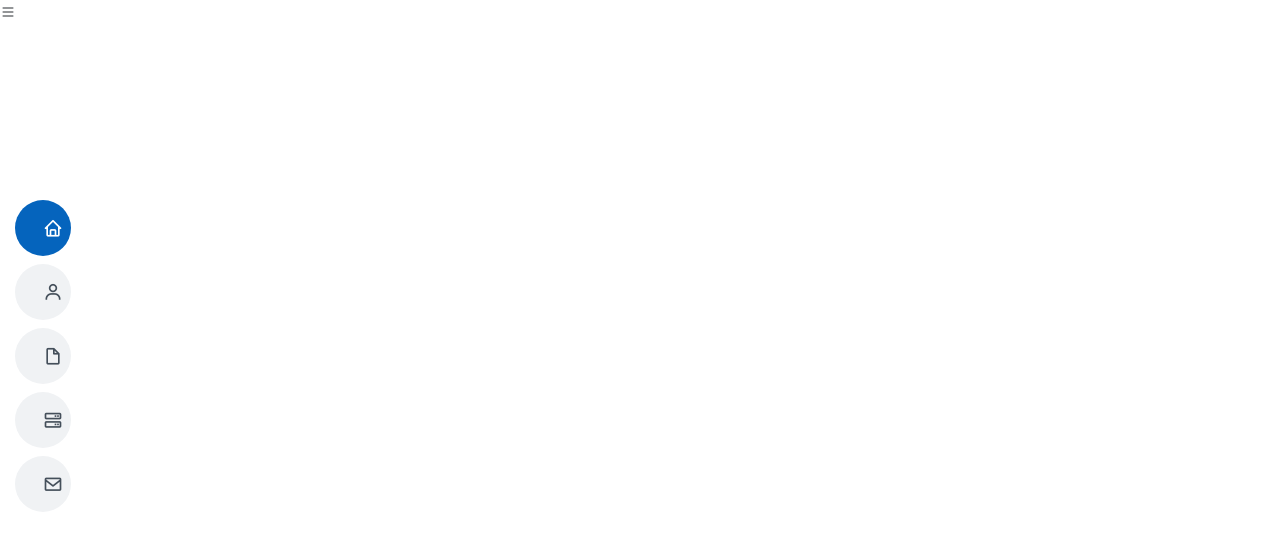
Repository: khainguyen2003/bootstrapmade
Page: header/verticalHeader/index.html
The author's editor kept a copy of each file at every save. The page is drawn from the files as they stood at one save, then again after the next save.
The browser window is 1280 px wide. The pictures show the whole page.

Above is the page before, as saved 2023-01-09 23:57:58.

After the next save:
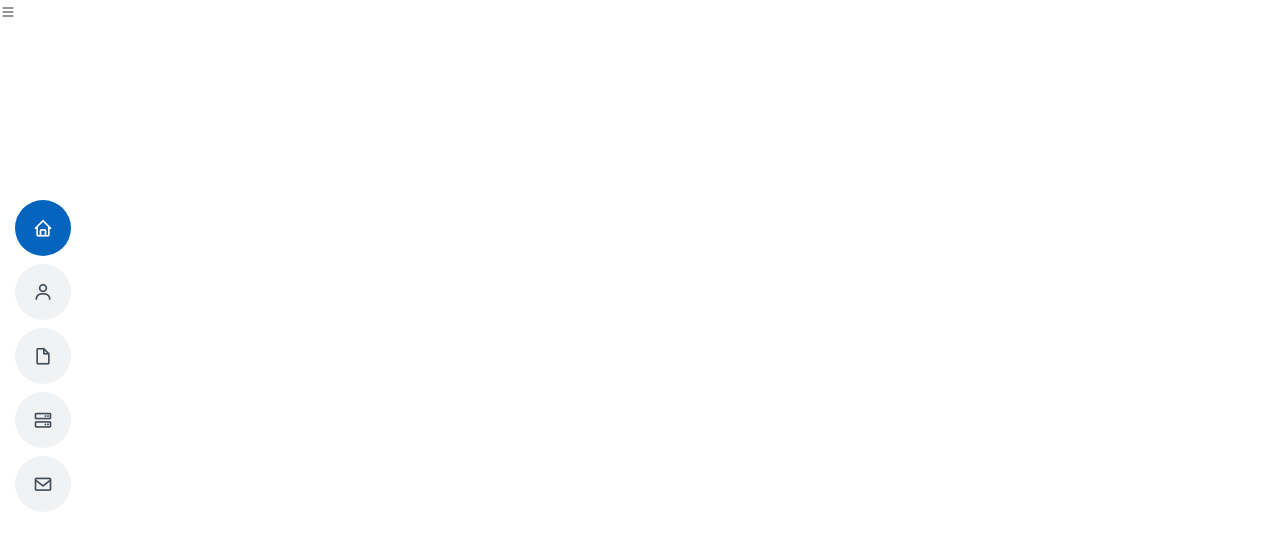
Saved 78 s later.
--- a/header/verticalHeader/style.css
+++ b/header/verticalHeader/style.css
@@ -62,7 +62,7 @@ a:hover {
 .nav-menu a:focus {
   display: flex;
   align-items: center;
-  padding: 10px 28px;
+  padding: 10px 18px;
   font-size: 15px;
   height: 56px;
   width: 100%;
